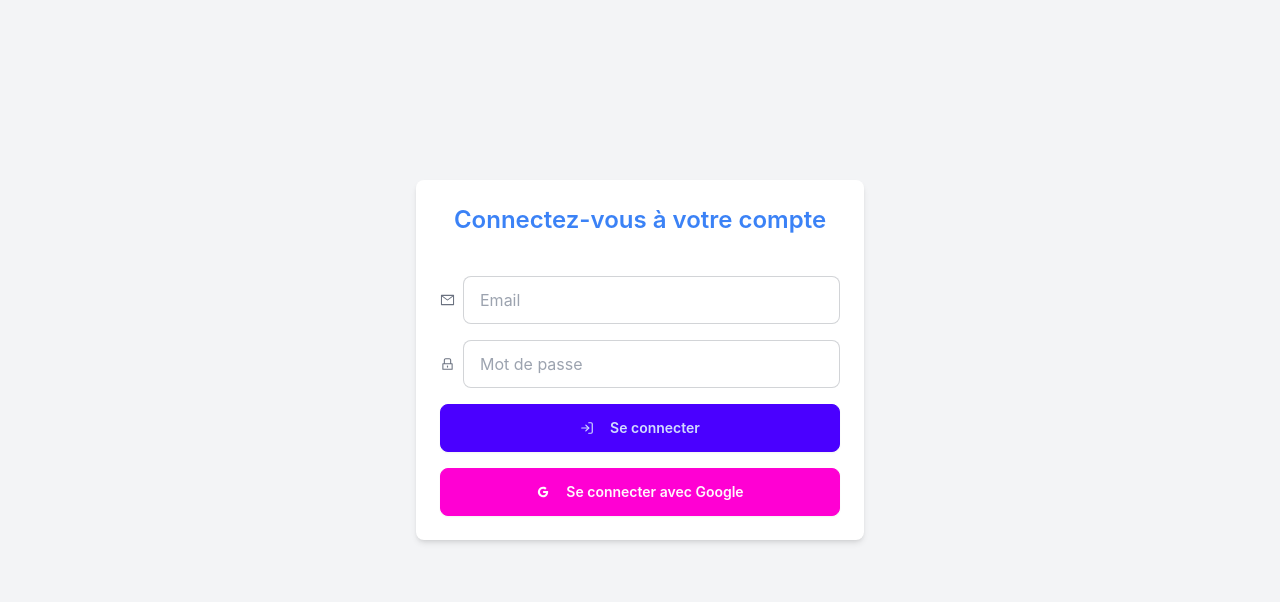
Repository: ossioa/instagrmmanu
Page: /
These files come from the project's save history. The page is drawn as it stood at one moment and after the next save; the edit follows.
The browser window is 1280 px wide. The pictures show the whole page.
The project was rebuilt for these pictures with package versions that can differ from the ones it lists, and the page was loaded fresh each time. Also part of the build but not shown: src/Components/Auth/Signup.js, src/Components/Common/Navbar.jsx, src/Components/Post/PostList.jsx, src/Home.jsx.

Above is the page before, as saved 2024-05-12 01:10:09.

### src/App.js
import React from 'react';
import { BrowserRouter as Router, Routes, Route, Navigate } from 'react-router-dom';
import { AuthProvider } from './contexts/AuthContext';
import Login from './Components/Auth/Login';
import Signup from './Components/Auth/Signup';
//import Layout from './Components/Common/Layout';
import PrivateRoute from './Components/Common/PrivateRoute';
import Home from './Home';

function App() {
  return (
    <Router>
      <AuthProvider>
        <Routes>
          <Route path="/login" element={<Login />} />
          <Route path="/signup" element={<Signup />} />
          <Route path="/" element={
            <PrivateRoute>
              <Home/>
            </PrivateRoute>
          } />
          <Route path="*" element={<Navigate to="/" />} />
        </Routes>
      </AuthProvider>
    </Router>
  );
}

export default App;

### src/contexts/AuthContext.jsx
import React, { createContext, useContext, useState, useEffect } from 'react';
import { auth } from '../config/firebase';
import { onAuthStateChanged } from 'firebase/auth';

const AuthContext = createContext();

export const AuthProvider = ({ children }) => {
  const [user, setUser] = useState(null);
  const [isLoading, setIsLoading] = useState(true); // Track loading state

  useEffect(() => {
    const unsubscribe = onAuthStateChanged(auth, (user) => {
      setUser(user);
      setIsLoading(false); // Update loading state when auth state is resolved
    });

    return () => unsubscribe();
  }, []);

  return (
    <AuthContext.Provider value={{ user, isLoading }}>
      {children}
    </AuthContext.Provider>
  );
};

export const useAuth = () => useContext(AuthContext);

### src/Components/Auth/Login.jsx
import React, { useState } from 'react';
import { useNavigate } from 'react-router-dom';
import { auth } from '../../config/firebase';
import { signInWithEmailAndPassword, GoogleAuthProvider, signInWithPopup } from 'firebase/auth';
import { AiOutlineMail, AiOutlineLock, AiOutlineGoogle } from 'react-icons/ai';
import { FiLogIn } from 'react-icons/fi';

const Login = () => {
  const [email, setEmail] = useState('');
  const [password, setPassword] = useState('');
  const navigate = useNavigate();  // Instance de useNavigate

  const handleEmailLogin = async (event) => {
    event.preventDefault();
    try {
      const userCredential = await signInWithEmailAndPassword(auth, email, password);
      console.log('Logged in Successfully:', userCredential.user);
      navigate('/');  // Redirection vers Home
    } catch (error) {
      console.error('Error Logging in:', error);
    }
  };

  const googleSignIn = async () => {
    const provider = new GoogleAuthProvider();
    try {
      const result = await signInWithPopup(auth, provider);
      console.log('Google Sign-In Success', result.user);
      navigate('/');  // Redirection vers Home après connexion Google réussie
    } catch (error) {
      console.error('Google Sign-In Error', error);
    }
  };

  return (
    <div className="flex justify-center items-center min-h-screen bg-gray-100">
      <form onSubmit={handleEmailLogin} className="flex flex-col p-6 space-y-4 bg-white shadow-md rounded-lg max-w-md w-full">
        <h2 className="text-2xl font-semibold text-center mb-6 text-blue-500">Connectez-vous à votre compte</h2>
        <div className="flex items-center space-x-2">
          <AiOutlineMail className="text-gray-500" />
          <input
            type="email"
            value={email}
            onChange={(e) => setEmail(e.target.value)}
            placeholder="Email"
            className="input input-bordered w-full"
            autoComplete="username"
          />
        </div>
        <div className="flex items-center space-x-2">
          <AiOutlineLock className="text-gray-500" />
          <input
            type="password"
            value={password}
            onChange={(e) => setPassword(e.target.value)}
            placeholder="Mot de passe"
            className="input input-bordered w-full"
            autoComplete="current-password"
          />
        </div>
        <button type="submit" className="btn btn-primary w-full flex items-center justify-center">
          <FiLogIn className="mr-2" />
          Se connecter
        </button>
        <button type="button" onClick={googleSignIn} className="btn btn-secondary w-full flex items-center justify-center">
          <AiOutlineGoogle className="mr-2" />
          Se connecter avec Google
        </button>
      </form>
    </div>
  );
};

export default Login;

### src/Components/Common/PrivateRoute.js
import React from 'react';
import { Navigate } from 'react-router-dom';
import { useAuth } from '../../contexts/AuthContext'; // Vérifiez le chemin d'accès

const PrivateRoute = ({ children }) => {
  const { user } = useAuth();

  return user ? children : <Navigate to="/login" />;
};

export default PrivateRoute;

### src/config/firebase.js
import { initializeApp } from 'firebase/app';
import { getFirestore } from 'firebase/firestore';
import { getAuth } from 'firebase/auth';
import { getStorage } from 'firebase/storage';
import { setPersistence, browserSessionPersistence } from 'firebase/auth';

//Firebase configuration
const firebaseConfig = {
  apiKey: "AIzaSyCRk86K_x3uTYvSoD7edeMJFlYN4vrIYAg",
  authDomain: "instagramclone241.firebaseapp.com",
  projectId: "instagramclone241",
  storageBucket: "instagramclone241.appspot.com",
  messagingSenderId: "567921808959",
  appId: "1:567921808959:web:6ca2bafa2d16ce1749ca8a"
};

// Initialize Firebase
const app = initializeApp(firebaseConfig);

// Initialize the Firebase services
const db = getFirestore(app);
const auth = getAuth(app);
const storage = getStorage(app);

setPersistence(auth, browserSessionPersistence)
  .then(() => {
    console.log("Persistence is set to session-based");
  })
  .catch((error) => {
    console.error("Error setting persistence:", error);
  });

export { db, auth, storage };

### tailwind.config.js
/** @type {import('tailwindcss').Config} */
module.exports = {
  content: [
    "./src/**/*.{js,jsx,ts,tsx}",
  ],
  theme: {
    extend: {
      animation: {
        'gradient-x':'gradient-x 10s ease infinite',
        'gradient-y':'gradient-y 10s ease infinite'
      },
      keyframes: {
        'gradient-y': {
          '0%, 100%': {
            'background-size':'400% 400%',
            'background-position': 'center top'
          },
          '50%': {
            'background-size':'200% 200%',
            'background-position': 'center center'
          }
        },
        'gradient-x': {
          '0%, 100%': {
            'background-size':'200% 200%',
            'background-position': 'left center'
          },
          '50%': {
            'background-size':'200% 200%',
            'background-position': 'right center'
          }
        }
      }
    },
  },
  plugins: [
    require('daisyui'),
  ],
}

Loaded but not shown: public/index.html (common file); src/index.js (common file); src/index.css (common file)

After the next save:
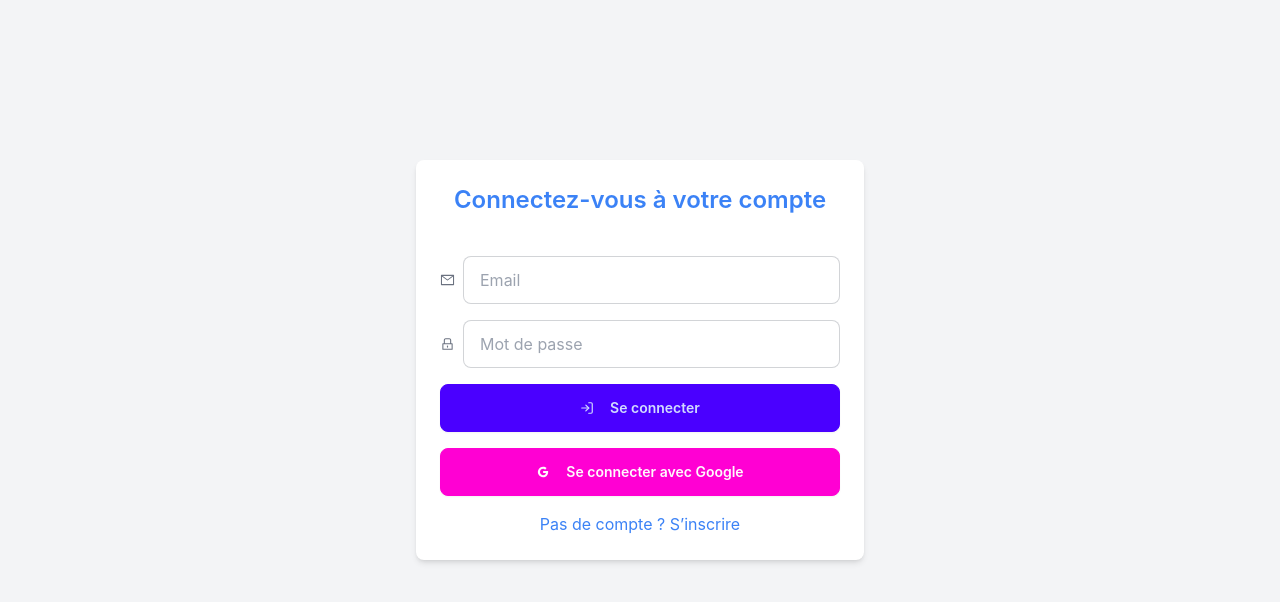
Saved 33 min 44 s later.
--- a/src/Components/Auth/Login.jsx
+++ b/src/Components/Auth/Login.jsx
@@ -1,23 +1,26 @@
 import React, { useState } from 'react';
 import { useNavigate } from 'react-router-dom';
 import { auth } from '../../config/firebase';
-import { signInWithEmailAndPassword, GoogleAuthProvider, signInWithPopup } from 'firebase/auth';
+import { signInWithEmailAndPassword, createUserWithEmailAndPassword, GoogleAuthProvider, signInWithPopup } from 'firebase/auth';
 import { AiOutlineMail, AiOutlineLock, AiOutlineGoogle } from 'react-icons/ai';
-import { FiLogIn } from 'react-icons/fi';
+import { FiLogIn, FiUserPlus } from 'react-icons/fi';
 
 const Login = () => {
+  const [isLogin, setIsLogin] = useState(true); // true pour connexion, false pour inscription
   const [email, setEmail] = useState('');
   const [password, setPassword] = useState('');
-  const navigate = useNavigate();  // Instance de useNavigate
+  const navigate = useNavigate();
 
-  const handleEmailLogin = async (event) => {
+  const handleAuth = async (event) => {
     event.preventDefault();
     try {
-      const userCredential = await signInWithEmailAndPassword(auth, email, password);
-      console.log('Logged in Successfully:', userCredential.user);
-      navigate('/');  // Redirection vers Home
+      const userCredential = isLogin
+        ? await signInWithEmailAndPassword(auth, email, password)
+        : await createUserWithEmailAndPassword(auth, email, password);
+      console.log(`${isLogin ? 'Logged in' : 'Signed up'} Successfully:`, userCredential.user);
+      navigate('/');
     } catch (error) {
-      console.error('Error Logging in:', error);
+      console.error(`${isLogin ? 'Error Logging in' : 'Error Signing up'}:`, error);
     }
   };
 
@@ -26,7 +29,7 @@ const Login = () => {
     try {
       const result = await signInWithPopup(auth, provider);
       console.log('Google Sign-In Success', result.user);
-      navigate('/');  // Redirection vers Home après connexion Google réussie
+      navigate('/');
     } catch (error) {
       console.error('Google Sign-In Error', error);
     }
@@ -34,8 +37,8 @@ const Login = () => {
 
   return (
     <div className="flex justify-center items-center min-h-screen bg-gray-100">
-      <form onSubmit={handleEmailLogin} className="flex flex-col p-6 space-y-4 bg-white shadow-md rounded-lg max-w-md w-full">
-        <h2 className="text-2xl font-semibold text-center mb-6 text-blue-500">Connectez-vous à votre compte</h2>
+      <form onSubmit={handleAuth} className="flex flex-col p-6 space-y-4 bg-white shadow-md rounded-lg max-w-md w-full">
+        <h2 className="text-2xl font-semibold text-center mb-6 text-blue-500">{isLogin ? 'Connectez-vous à votre compte' : "Créez un compte"}</h2>
         <div className="flex items-center space-x-2">
           <AiOutlineMail className="text-gray-500" />
           <input
@@ -59,12 +62,15 @@ const Login = () => {
           />
         </div>
         <button type="submit" className="btn btn-primary w-full flex items-center justify-center">
-          <FiLogIn className="mr-2" />
-          Se connecter
+          {isLogin ? <FiLogIn className="mr-2" /> : <FiUserPlus className="mr-2" />}
+          {isLogin ? 'Se connecter' : 'S’inscrire'}
         </button>
         <button type="button" onClick={googleSignIn} className="btn btn-secondary w-full flex items-center justify-center">
           <AiOutlineGoogle className="mr-2" />
-          Se connecter avec Google
+          {isLogin ? 'Se connecter avec Google' : 'S’inscrire avec Google'}
+        </button>
+        <button type="button" onClick={() => setIsLogin(!isLogin)} className="text-blue-500 hover:text-blue-600">
+          {isLogin ? 'Pas de compte ? S’inscrire' : 'Déjà un compte ? Se connecter'}
         </button>
       </form>
     </div>
